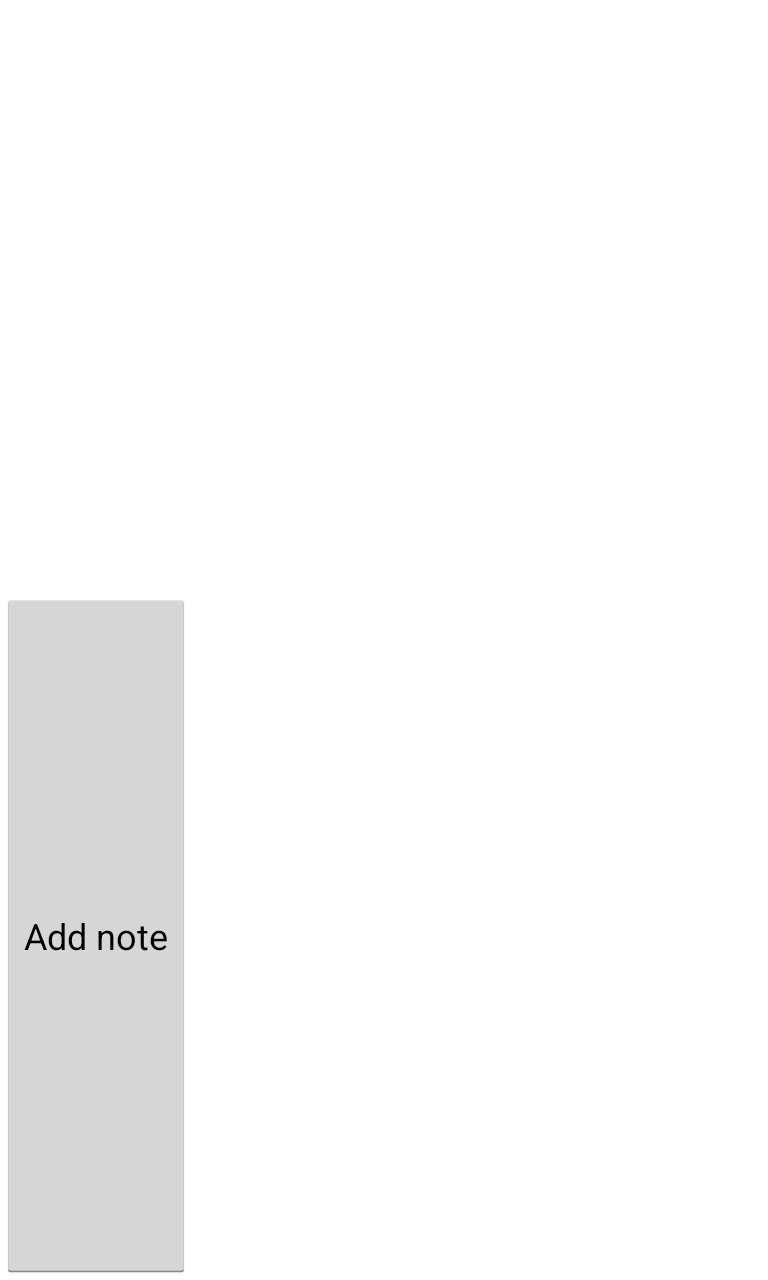
Repository: isitso/android_class
Layout: MyNotes/res/layout/main.xml
These files come from the project's save history. The layout is drawn as it stood at one moment and after the next save; the edit follows.
It is drawn on a 768 x 1280 px phone screen (xhdpi) without system bars, with theme AppTheme; the app's code is not run. Lists and similar views that code fills are empty.

Above is the layout before, as saved 2014-05-05 22:45:50.

After the next save:
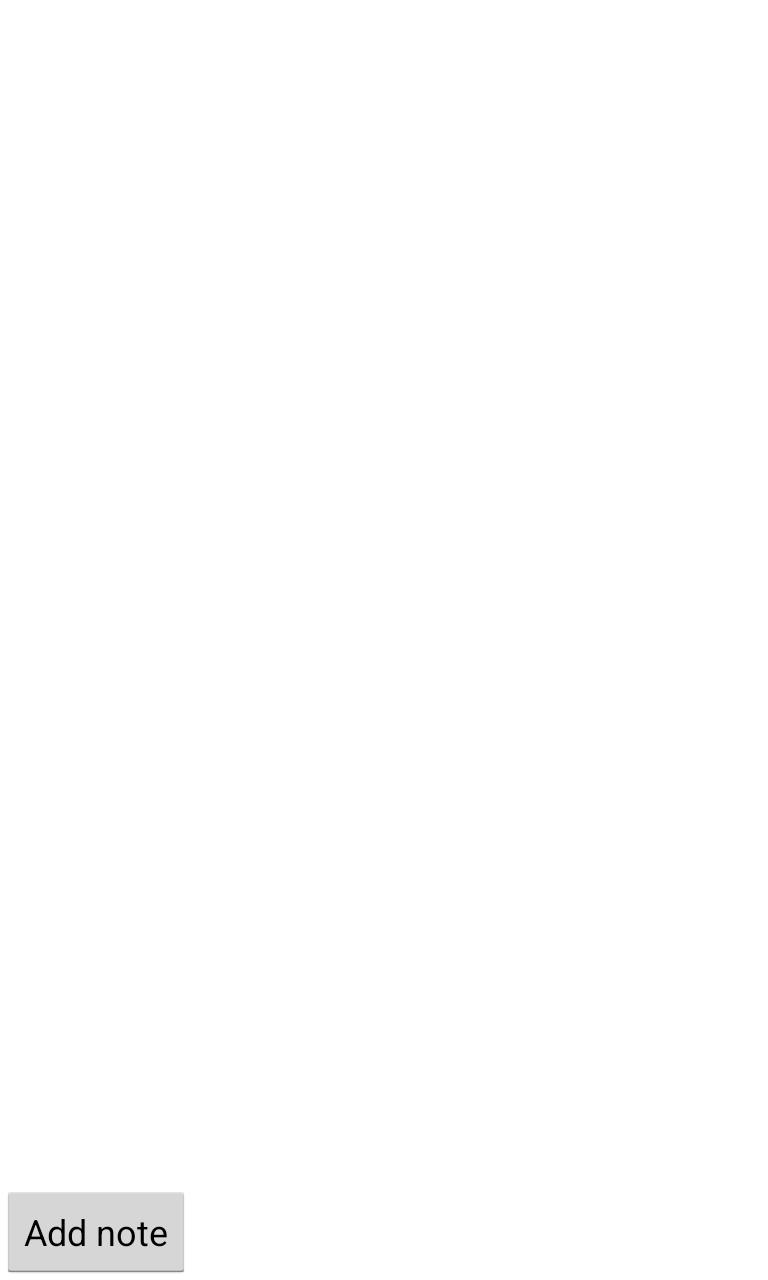
Saved 19 s later.
--- a/MyNotes/res/layout/main.xml
+++ b/MyNotes/res/layout/main.xml
@@ -16,6 +16,6 @@
         android:layout_width="wrap_content"
         android:layout_height="wrap_content"
         android:text="Add note"
-        android:layout_weight="1"/>
+        />
 
 </LinearLayout>
